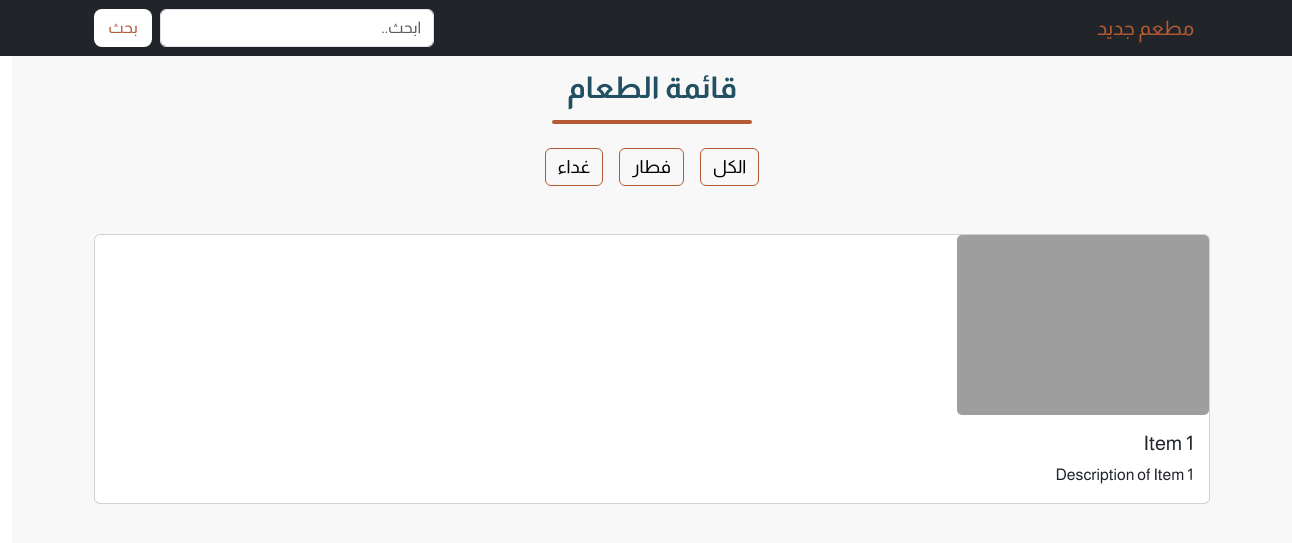
Repository: kerlos-alfy/Restaurant-Menu
Page: /
These files come from the project's save history. The page is drawn as it stood at one moment and after the next save; the edit follows.
The browser window is 1280 px wide. The page is 1292 px wide, so the pictures cover 1292 px, including what lies to the right of the window. The pictures show the whole page.
Pictures or frames that could not be fetched are drawn as grey boxes. Some web fonts or font styles are not loaded; a fallback is used. The project was rebuilt for these pictures with package versions that can differ from the ones it lists, and the page was loaded fresh each time. Also part of the build but not shown: vite.config.js, src/App.css.

Above is the page before, as saved 2024-12-20 01:26:56.

### index.html
<!DOCTYPE html>
<html lang="ar" dir="rtl">
	<head>
		<meta charset="UTF-8" />
		<link rel="icon" type="image/svg+xml" href="/vite.svg" />
		<link
			rel="stylesheet"
			href="https://cdn.jsdelivr.net/npm/bootstrap@5.3.2/dist/css/bootstrap.min.css"
			integrity="sha384-T3c6CoIi6uLrA9TneNEoa7RxnatzjcDSCmG1MXxSR1GAsXEV/Dwwykc2MPK8M2HN"
			crossorigin="anonymous" />
		<!-- Start Font Google Arabic  -->
		<link rel="preconnect" href="https://fonts.googleapis.com" />
		<link rel="preconnect" href="https://fonts.gstatic.com" crossorigin />
		<link
			href="https://fonts.googleapis.com/css2?family=Alkalami&family=Almarai:wght@300;400;700;800&family=Cairo:wght@200..1000&family=Rakkas&display=swap"
			rel="stylesheet" />
		<!-- End Font Google Arabic  -->
		<meta name="viewport" content="width=device-width, initial-scale=1.0" />
		<title>Vite + React</title>
	</head>
	<body>
		<div id="root"></div>
		<script type="module" src="/src/main.jsx"></script>
	</body>
</html>

### src/index.css
/* :root {
  font-family: Inter, system-ui, Avenir, Helvetica, Arial, sans-serif;
  line-height: 1.5;
  font-weight: 400;

  color-scheme: light dark;
  color: rgba(255, 255, 255, 0.87);
  background-color: #242424;

  font-synthesis: none;
  text-rendering: optimizeLegibility;
  -webkit-font-smoothing: antialiased;
  -moz-osx-font-smoothing: grayscale;
}

a {
  font-weight: 500;
  color: #646cff;
  text-decoration: inherit;
}
a:hover {
  color: #535bf2;
}

body {
  margin: 0;
  display: flex;
  place-items: center;
  min-width: 320px;
  min-height: 100vh;
}

h1 {
  font-size: 3.2em;
  line-height: 1.1;
}

button {
  border-radius: 8px;
  border: 1px solid transparent;
  padding: 0.6em 1.2em;
  font-size: 1em;
  font-weight: 500;
  font-family: inherit;
  background-color: #1a1a1a;
  cursor: pointer;
  transition: border-color 0.25s;
}
button:hover {
  border-color: #646cff;
}
button:focus,
button:focus-visible {
  outline: 4px auto -webkit-focus-ring-color;
}

@media (prefers-color-scheme: light) {
  :root {
    color: #213547;
    background-color: #ffffff;
  }
  a:hover {
    color: #747bff;
  }
  button {
    background-color: #f9f9f9;
  }
} */

.color-body {
	background-color: #f8f8f8;
	height: 100vh;
}
.font {
	font-family: "Almarai", sans-serif;
}
.title {
	color: #224f61;
	font-family: Almarai;
	font-size: 30px;
	font-weight: bold;
	letter-spacing: 0;
	line-height: 64px;
}
.underline {
	height: 1px;
	width: 200px;
	border-radius: 10px;
	border: 2px solid #b45b35;
}
.btn {
	color: black;
	font-family: Almarai;
	font-size: 18px;
	letter-spacing: 0;
	line-height: 24px;
}
.btn:hover {
	color: black;
	font-family: Almarai;
	font-size: 18px;
	font-weight: bold;
	letter-spacing: 0;
	line-height: 24px;
	border-radius: 11px;
	border: none;
	background-color: #b45b35;
}
.img-item {
	height: 180px;
	width: 252px;
	border-radius: 5px;
}
.item-description {
	color: #8c8c8c;
	font-family: Almarai;
	font-size: 16px;
	letter-spacing: 0;
	line-height: 20px;
}
.item-title {
	color: #555555;
	font-family: Almarai;
	font-size: 16px;
	font-weight: bold;
	letter-spacing: 0;
	line-height: 20px;
}
.card-color {
	background-color: #f8f8f8;
}
.item-price {
	color: #b45b35;
	font-family: Almarai;
	font-size: 16px;
	font-weight: bold;
	letter-spacing: 0;
	line-height: 20px;
}
.btn-search {
	border: none;
	cursor: pointer;
	color: #b45b35;
	border-radius: 3px solid #b45b35;
	border-radius: 8px;
	background-color: white;
	width: 72px;
	font-weight: 500;
}
.btn-search:hover {
	color: white;
	border-radius: 3px solid white;
	background-color: #b45b35;
	border-radius: 8px;
}
.brand-color {
	color: #b45b35;
}

### src/App.jsx
import { Container } from "react-bootstrap";
import "./App.css";
import NavBar from "./components/NavBar";
import Header from "./components/Header";
import Category from "./components/Category";
import ItemsList from "./components/ItemsList";
function App() {
	return (
		<div className="color-body font">
			<NavBar />
			<Container>
				<Header />
				<Category />
				<ItemsList />
			</Container>
		</div>
	);
}

export default App;

### src/components/NavBar.jsx
import { Navbar, Container, Row, Nav, Form, FormControl } from "react-bootstrap";
const NavBar = () => {
	return (
		<Row>
			<Navbar bg="dark" expand="lg" variant="dark">
				<Container>
					<Navbar.Brand href="#">
						<div className="brand-color">مطعم جديد</div>
					</Navbar.Brand>
					<Navbar.Toggle aria-controls="navbarScroll" />
					<Navbar.Collapse id="navbarScroll">
						<Nav className="me-auto my-2 my-lg-0" style={{ maxHeight: "100px" }} navbarScroll></Nav>
						<Form className="d-flex">
							<FormControl type="text" placeholder="ابحث.." className="mx-2" />
							<button className="btn-search">بحث</button>
						</Form>
					</Navbar.Collapse>
				</Container>
			</Navbar>
		</Row>
	);
};

export default NavBar;

### src/components/Header.jsx
import { Col, Row } from "react-bootstrap";

const Header = () => {
	return (
		<Row>
			<Col sm="12" className="text-center justify-content-center">
				<div className="title">قائمة الطعام </div>
				<div className="justify-content-center d-flex">
					<p className="underline"></p>
				</div>
			</Col>
		</Row>
	);
};

export default Header;

### src/components/Category.jsx
import { Col, Row } from "react-bootstrap";

const Category = () => {
	return (
		<Row className="my-2 mb-5">
			<Col sm="12" className=" justify-content-center d-flex">
				<div>
					<button style={{ border: "1px solid #b45b35" }} className="btn mx-2">
						الكل
					</button>
					<button style={{ border: "1px solid #b45b35" }} className="btn mx-2">
						فطار
					</button>
					<button style={{ border: "1px solid #b45b35" }} className="btn mx-2">
						غداء
					</button>
				</div>
			</Col>
		</Row>
	);
};

export default Category;

### src/components/ItemsList.jsx
import { Card, Col, Row } from "react-bootstrap";

const ItemsList = () => {
	return (
		<Row>
			<Col sm="12" className="mb-3">
				<Card>
					<Card.Img className="img-item" variant="top" src="https://ichef.bbci.co.uk/food/ic/food_16x9_832/recipes/spicy_salmon_bite_rice_16300_16x9.jpg" />
					<Card.Body>
						<Card.Title>Item 1</Card.Title>
						<Card.Text>Description of Item 1</Card.Text>
					</Card.Body>
				</Card>
			</Col>
		</Row>
	);
};

export default ItemsList;

Loaded but not shown: src/main.jsx (common file)

After the next save:
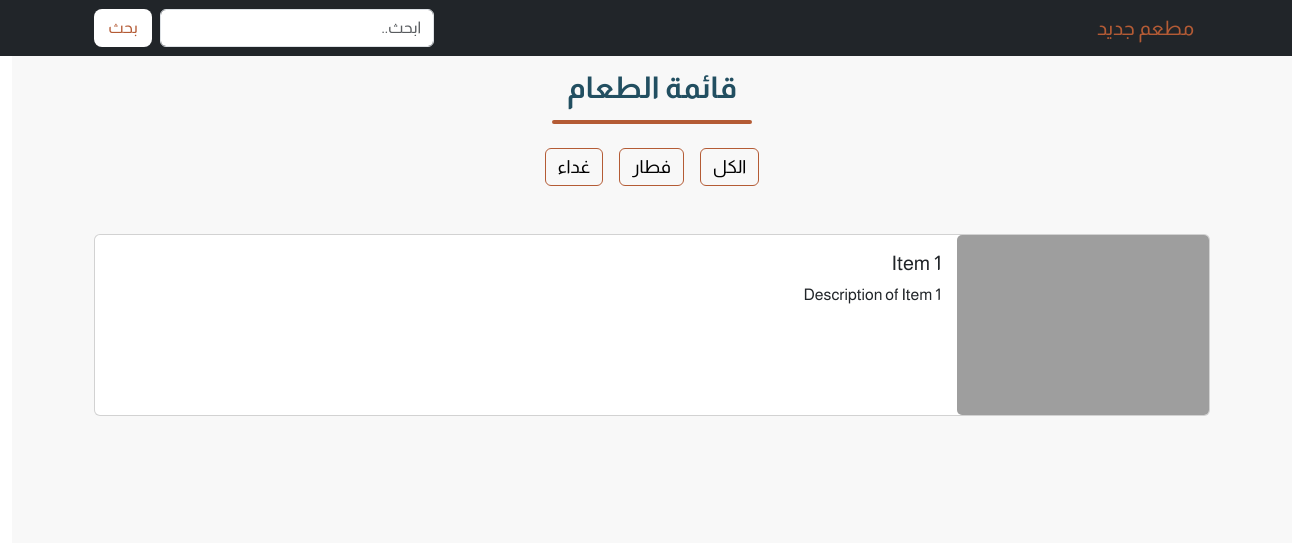
Saved 58 s later.
--- a/src/components/ItemsList.jsx
+++ b/src/components/ItemsList.jsx
@@ -4,7 +4,7 @@ const ItemsList = () => {
 	return (
 		<Row>
 			<Col sm="12" className="mb-3">
-				<Card>
+				<Card className="d-flex flex-row">
 					<Card.Img className="img-item" variant="top" src="https://ichef.bbci.co.uk/food/ic/food_16x9_832/recipes/spicy_salmon_bite_rice_16300_16x9.jpg" />
 					<Card.Body>
 						<Card.Title>Item 1</Card.Title>
